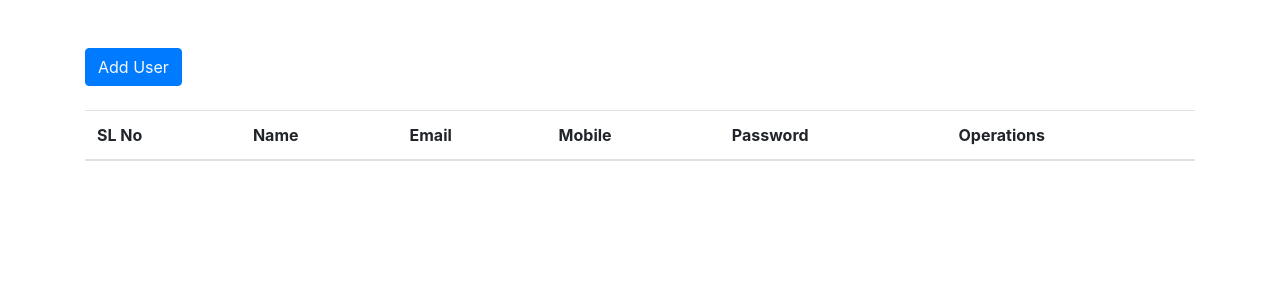
Repository: AMIT1439027/crud-app
Page: http://localhost/display.php
The author's editor kept a copy of each file at every save. The page is drawn from the files as they stood at one save, then again after the next save.
The browser window is 1280 px wide. The pictures show the whole page.
The page is run by PHP 8.4 with error messages shown; the project is at /var/www/html/. Queries for data that is not in the repository find no rows.

Above is the page before, as saved 2024-04-25 10:39:52.

### display.php
<?php
 include('connect.php');
?>
<!DOCTYPE html>
<html lang="en">
<head>
    <meta charset="UTF-8">
    <meta name="viewport" content="width=device-width, initial-scale=1.0">
    <title>crud operation</title>
    <link rel="stylesheet" href="https://cdn.jsdelivr.net/npm/bootstrap@4.0.0/dist/css/bootstrap.min.css">


</head>
<body>

<div class="container my-5">
    <button class="btn btn-primary"><a href="user.php"
    class="text-light">Add User </a></button>

    <br>
    <br>

    <table class="table">
  <thead>
    <tr>
      <th scope="col">SL No</th>
      <th scope="col">Name</th>
      <th scope="col">Email</th>
      <th scope="col">Mobile</th>
      <th scope="col">Password</th>
      <th scope="col">Operations</th>

    </tr>
  </thead>
  <tbody>

  <?php

  $sql = "select *  from crud";
  $result = mysqli_query($con,$sql);

  if($result){
    // $row =mysqli_fetch_assoc($result);
    // echo $row['name'];

    while( $row =mysqli_fetch_assoc($result)){

         $id = $row["id"];
         $name = $row["name"];
         $email =$row["email"] ;
         $mobile = $row["mobile"];
         $password = $row["password"];

         echo '
         <tr>
         <th scope="row">'.$id.'</th>
         <td>'.$name.'</td>
         <td>'.$email.'</td>
         <td>'.$mobile.'</td>
         <td></td>
       </tr>

         ';
    }
  }

?>
    <!-- <tr>
      <th scope="row">1</th>
      <td>Mark</td>
      <td>Otto</td>
      <td>@mdo</td>
    </tr>
    <tr>
      <th scope="row">2</th>
      <td>Jacob</td>
      <td>Thornton</td>
      <td>@fat</td>
    </tr>
    <tr>
      <th scope="row">3</th>
      <td>Larry</td>
      <td>the Bird</td>
      <td>@twitter</td>
    </tr> -->
  </tbody>
</table>

</div>


</body>
</html>

### connect.php
<?php
  $con = new mysqli('localhost', 'root', 'mysql143', 'crudoperation');

  if(!$con){
    // echo " Connection successful";
    die(mysqli_error($con));
  }
//   }else{
//     die(mysqli_error($con));
//   }

?>

After the next save:
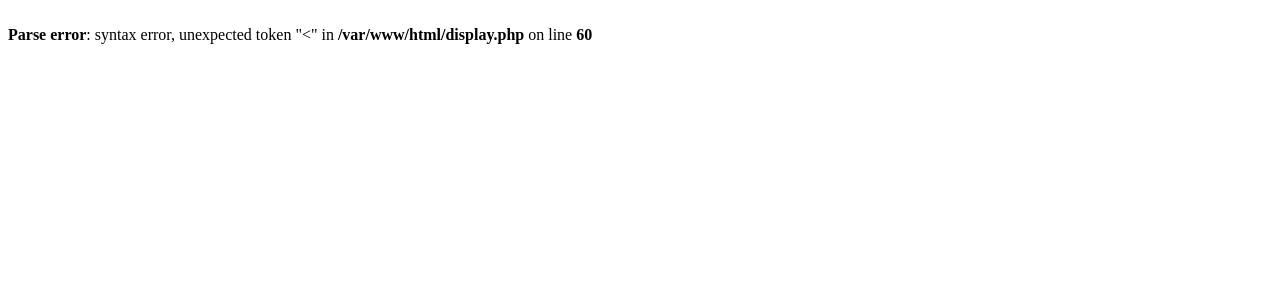
Saved 4 s later.
--- a/display.php
+++ b/display.php
@@ -57,7 +57,7 @@
          <td>'.$name.'</td>
          <td>'.$email.'</td>
          <td>'.$mobile.'</td>
-         <td></td>
+         <td>'.</td>
        </tr>
 
          ';

After the save that followed:
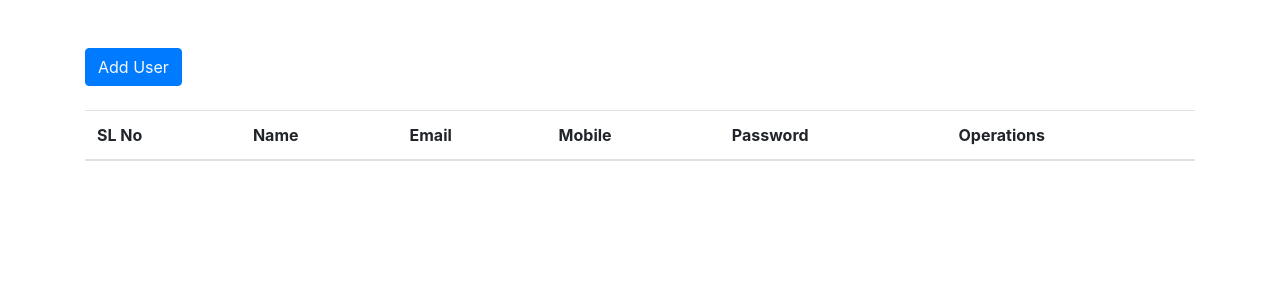
Saved 5 s later.
--- a/display.php
+++ b/display.php
@@ -57,7 +57,7 @@
          <td>'.$name.'</td>
          <td>'.$email.'</td>
          <td>'.$mobile.'</td>
-         <td>'.</td>
+         <td>'.$password.'</td>
        </tr>
 
          ';
